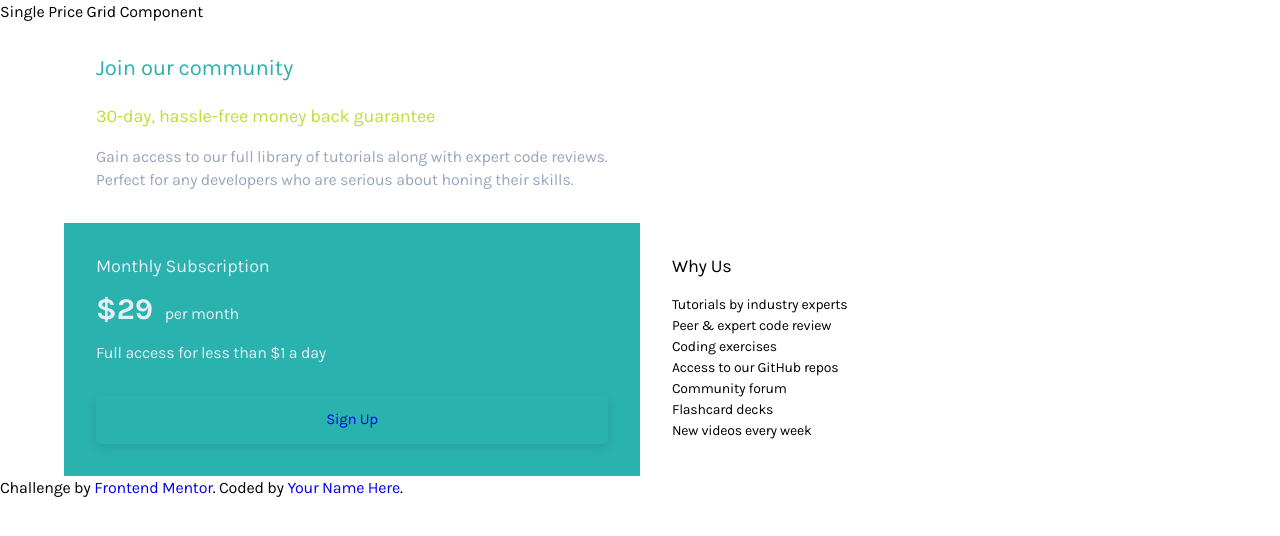
Repository: bangjuyoung/bangjuyoung
Page: practice/frontend-mentor/single-price-grid-component/index.html
An editor plug-in stored every save of this project. The page is shown before and after the next save, followed by the edit.
The browser window is 1280 px wide. The pictures show the whole page.

Above is the page before, as saved 2019-06-16 14:23:38.

### practice/frontend-mentor/single-price-grid-component/index.html
<!DOCTYPE html>
<html lang="en">

<head>
  <meta charset="UTF-8">
  <meta name="viewport" content="width=device-width, initial-scale=1.0">
  <title>Frontend Mentor | Single Price Grid Component</title>
  <link rel="icon" type="image/png" sizes="32x32" href="./images/favicon-32x32.png">
  <link rel="stylesheet" href="../../../assets/css/base.css">
  <link href="https://fonts.googleapis.com/css?family=Karla:400,700&display=swap" rel="stylesheet">
  <link rel="stylesheet" href="./default.css">
</head>

<body>
  <main role="main">
    <h1>Single Price Grid Component</h1>
    <article class="single-price__wrapper">

      <div class="single-price__primary">
        <section class="text-primary--gray single-price single-price1">
          <div class="single-price__body">
            <h2 class="text-primary single-price__title">Join our community</h2>
            <h3 class="text-secondary single-price__subtitle">30-day, hassle-free money back guarantee</h3>
            <p>Gain access to our full library of tutorials along with expert code reviews.</p>
            <p>Perfect for any developers who are serious about honing their skills.</p>
          </div>
        </section>
      </div>

      <div class="single-price__secondary">
        <section class="theme-primary single-price single-price2">
          <div class="single-price__body">
            <h3 class="single-price__subtitle">Monthly Subscription</h3>
            <div class="single-price__divider">
              <p class="single-price__text"><strong class="single-price__display1">&dollar;29</strong> per month</p>
              <p class="single-price__text">Full access for less than &dollar;1 a day</p>
            </div>
            <a href="/" class="btn btn-secondary btn-block btn--float">Sign Up</a>
          </div>
        </section>

        <section class="single-price single-price3">
          <div class="single-price__body single-price__body2">
            <h4 class="single-price__subtitle">Why Us</h4>
            <p>
              Tutorials by industry experts<span class="newline"></span>
              Peer &amp; expert code review<span class="newline"></span>
              Coding exercises<span class="newline"></span>
              Access to our GitHub repos<span class="newline"></span>
              Community forum<span class="newline"></span>
              Flashcard decks<span class="newline"></span>
              New videos every week
            </p>
          </div>
        </section>
      </div>

    </article>
  </main>


  <footer role="contentinfo">
    <p class="attribution">
      Challenge by <a href="https://www.frontendmentor.io?ref=challenge" target="_blank" rel="noopener">Frontend
        Mentor</a>.
      Coded by <a href="#">Your Name Here</a>.
    </p>
  </footer>
</body>

</html>

### assets/css/base.css
@charset "UTF-8";

/*
// Base
//
// Normalization of HTML elements, manually forked from Normalize.css to remove
// styles targeting irrelevant browsers while applying new styles.
//
// Normalize is licensed MIT. https://github.com/necolas/normalize.css
*/

/*
 * Document
 */

*,
*::before,
*::after {
  /* padding 과 border 가 요소 너비에 포함되도록 설정 */
  box-sizing: border-box;
}

html {
  /* 모든 브라우저에 기본 폰트 및 line-height 설정 */
  font-family: sans-serif;
  line-height: 1.15;
  /* window 폰의 IE 나 iOS 에서 방향 변경시 폰트 사이즈 수정되는 현상 막음 */
  -webkit-text-size-adjust: 100%;
  /* @viewport 설정시 IE11 과 Edge 에서 스크롤바가 컨텐트에 겹치므로 겹치지 않고 자동 숨김 되지 않도록 강제 */
  -ms-overflow-style: scrollbar;
  /* iOS 에서 완전히 투명으로 보이기 위해 기본 탭 하이라이트 변경 */
  -webkit-tap-highlight-color: rgba(0, 0, 0, 0);
}

/* IE10 이하 및 오래된 브라우저에서 새 HTML5 요소들 맞게 표시 */
article,
aside,
figcaption,
figure,
footer,
header,
hgroup,
main,
nav,
section {
  display: block;
}

/* 여백 초기화 */
body,
h1,
h2,
h3,
h4,
h5,
h6,
p,
ol,
ul,
dl,
blockquote,
pre,
figure,
input,
button,
select,
optgroup,
textarea,
fieldset {
  margin: 0;
}

/*
 * Body
 */

/*
  -apple-system, // Safari for OS X and iOS (San Francisco)
  BlinkMacSystemFont, // Chrome < 56 for OS X (San Francisco)
  "Segoe UI", // Windows
  "Roboto", // Android
  "Helvetica Neue", Arial, sans-serif, // Basic web fallback
  "Apple Color Emoji", "Segoe UI Emoji", "Segoe UI Symbol" !default; // Emoji fonts
 */

body {
  font-family: -apple-system, BlinkMacSystemFont, 'Segoe UI', Roboto,
    'Helvetica Neue', Arial, Noto Sans, sans-serif, 'Apple Color Emoji',
    'Segoe UI Emoji', 'Segoe UI Symbol', 'Noto Color Emoji';
  font-size: 1rem;
  font-weight: 400;
  line-height: 1.5;
  /* 명시적으로 기본값을 지정해 하위 요소들이 상속 받을 수 있게 함 */
  text-align: left;
  /* 기본 배경색 지정 */
  background-color: #fff;
}

body,
input,
textarea,
select,
button {
  font-synthesis: none;
  -moz-font-feature-settings: 'kern';
  -webkit-font-smoothing: antialiased;
  -moz-osx-font-smoothing: grayscale;
}

/*
 * Future-proof rule: in browsers that support :focus-visible,
 * focus outline 을 표시하지 않는 요소에 프로그램적으로 포커스가 갔을때 focus outline 숨김
 *
 * See https://developer.mozilla.org/en-US/docs/Web/CSS/:focus-visible
 * and https://developer.paciellogroup.com/blog/2018/03/focus-visible-and-backwards-compatibility/
 */
[tabindex='-1']:focus:not(:focus-visible) {
  outline: 0 !important;
}

/*
 * Content grouping
 *
 */

hr {
  box-sizing: content-box;
  height: 0;
  /* Edge와 ie에서 overflow 표시 */
  overflow: visible;
}

/*
 * Typography
 */

h1,
h2,
h3,
h4,
h5,
h6 {
  font-size: inherit;
  font-weight: inherit;
}

/*
 * Abbreviations
 */

abbr[title] {
  /* Chrome, Edge, IE, Opera, 그리고 Safari 에서 테스트 표시줄 스타일 정정 */
  text-decoration: underline;
  text-decoration: underline dotted;
  /* 바뀐 행위를 나타내기 위해 명시적으로 커서를 추가 */
  cursor: help;
  /* Firefox 39이하에서 나타나는 테스트 하단 테투리 제거 */
  border-bottom: 0;
  /* 텍스트 표시줄이 건너뛰지 않도록 설정 */
  text-decoration-skip-ink: none;
}

address {
  font-style: normal;
  line-height: inherit;
}

b,
strong {
  /* Chrome, Edge, 그리고 Safari 에서 올바른 글자 굵기 정정 */
  font-weight: bolder;
}

small {
  /* 모든 브라우저에서 글자 크기 정정 */
  font-size: 85%;
}

/*
 * 모든 브라우저에서 sub 과 sup 요소들이 즐 간격 영향 받지 않도록 설정
 */

sub,
sup {
  position: relative;
  font-size: 75%;
  line-height: 0;
  vertical-align: baseline;
}

sub {
  bottom: -0.25em;
}

sup {
  top: -0.5em;
}

/*
 * Links
 */

a {
  text-decoration: none;
  /* IE 10 에서 현재 열려 있는 링크에 나타나는 회색배경색을 제거 */
  background-color: transparent;
}

a:hover {
  text-decoration: underline;
}

/*
 * tablindex 없이는 명시적으로 키보드 포커스가 가능하지 않도록 href 속성이 없는 플레이스 홀더 링크/네임 앵커에 대한 스타일 재지정
 * 단순히 a[href] 로 스타일 지정이 간단할 수 있지만, 많은 다른 스타일내에서 고치기엔 복잡한 특정 이슈 유발 가능성 존재
 * See https://github.com/twbs/bootstrap/issues/19402
 */

a:not([href]):not([tabindex]) {
  color: inherit;
  text-decoration: none;
}

a:not([href]):not([tabindex]):hover,
a:not([href]):not([tabindex]):focus {
  color: inherit;
  text-decoration: none;
}

a:not([href]):not([tabindex]):focus {
  outline: 0;
}

/*
 * Code
 */

pre,
code,
kbd,
samp {
  font-family: SFMono-Regular, Menlo, Monaco, Consolas, 'Liberation Mono',
    'Courier New', monospace;
  /* 모든 브라우저에서 이상한 em 글자 크기 정정 */
  font-size: 1em;
}

pre {
  /* 바깥 영역을 깨지 않도록 내용 영역 오버플로우 설정 */
  overflow: auto;
  /* IE11 와 Edge 에서 @viewport 설정시 스크롤바가 내용을 덮는 현상에서 내용 덮지 않고 자동으로 숨겨지지 않도록 재지정  */
  -ms-overflow-style: scrollbar;
}

/*
 * Images and content
 */

img {
  vertical-align: middle;
  /* IE10 이하에서 링크 내 이미지 요소들에 테두리 제거 */
  border-style: none;
}

svg {
  /*
     * IE10/11 에서 오버플로우 되는 버그로 인해 필요
     * See https://github.com/twbs/bootstrap/issues/26878
     */
  overflow: hidden;
  vertical-align: middle;
}

/*
 * Tables
 */

table {
  /* Prevent double borders 테두리들이 맞 닿았을 때 합쳐지도록 설정 */
  border-collapse: collapse;
}

/* body 요소나 가장 가까운 부모로 부터 지정된 텍스트 정렬 요소를 상속해 td 요소 정렬과 일치 */
caption,
th {
  text-align: inherit;
}

/*
 * Forms
 */

/*
 * macOS Chrome 에서 추가되는 기본 border-radius  제거
 * Details at https://github.com/twbs/bootstrap/issues/24093
 */
button {
  border-radius: 0;
}

/* Firefox/IE 에서 button 배경색이 투명일 때 기본 button 포커스 스타일이 손실되는 버그 피함
 * Credit: https://github.com/suitcss/base/
 */
button:focus {
  outline: 1px dotted;
  outline: 5px auto -webkit-focus-ring-color;
}

input,
button,
select,
optgroup,
textarea {
  font-family: inherit;
  font-size: inherit;
  line-height: inherit;
}

button,
input {
  /* Edge 에서 overflow 보임  */
  overflow: visible;
}

button,
select {
  /* Firefox 에서 텍스트 변형 상속되는 것을 제거 */
  text-transform: none;
}

/* 1. Android 4 에서 기본 audio 와 video 컨트롤이 제거되는 WebKit 버그 제거 */
button,
[type="button"],
/* 1 */
[type="reset"],
[type="submit"] {
  /* iOS 와 Safari 에서 클릭 가능한 타입으로 스타일 정정  */
  -webkit-appearance: button;
}

/* Firefox 에서 안쪽 테두리와 여백 제거하고 Normalize 처럼 outline 을 복원하지 않음 */
button::-moz-focus-inner,
[type='button']::-moz-focus-inner,
[type='reset']::-moz-focus-inner,
[type='submit']::-moz-focus-inner {
  padding: 0;
  border-style: none;
}

/* IE 10 이하에서 box sizing 정정 추가 및 padding 제거 */
input[type='radio'],
input[type='checkbox'] {
  box-sizing: border-box;
  padding: 0;
}

input[type='date'],
input[type='time'],
input[type='datetime-local'],
input[type='month'] {
  /* Mobile Safari 에서 line-height 설정시 텍스트가 input 내 수직 중양 정렬되지 않는 버그를 피하기 위해 시간 input 기본 모양 제거
    // See https://bugs.webkit.org/show_bug.cgi?id=139848
    // and https://github.com/twbs/bootstrap/issues/11266
    */
  -webkit-appearance: listbox;
}

textarea {
  /* IE 에서 기본 수직 스크롤바 제거 */
  overflow: auto;
  /* textarea 는 수직으로만 리사이즈 되도록 설정 */
  resize: vertical;
}

fieldset {
  /*
     * fieldsets 은 min-width이 min-content 로 일반 블록 요소처럼 min-width 재지정
     * See https://github.com/twbs/bootstrap/issues/12359
     * and https://html.spec.whatwg.org/multipage/#the-fieldset-and-legend-elements
     * 페이지 레이아웃에 영향을 주지 않도록 기본 스타일 리셋
     */
  min-width: 0;
  padding: 0;
  border: 0;
}

/* 1. Edge 와 IE 에서 텍스트 래핑 정정 */
legend {
  display: block;
  width: 100%;
  /* 1 */
  max-width: 100%;
  margin-bottom: 0.5rem;
  padding: 0;
  font-size: 1.5rem;
  /* IE 에서 fieldset 요소로 부터 색상 상속하도록 정정 */
  color: inherit;
  line-height: inherit;
  /* 1 */
  white-space: normal;
}

progress {
  /* Chrome, Firefox, Opera 에서 vertical alignment 스타일 추가 */
  vertical-align: baseline;
}

[type='number']::-webkit-inner-spin-button,
[type='number']::-webkit-outer-spin-button {
  /* Chrome 에서 증감 버튼 커서 스타일 정정 */
  height: auto;
}

[type='search'] {
  /*
     * iOS 에서 검색 input 의 추가적인 둥근 코너를 오버라이드하여
     * 기본 form-control 클래스 스타일이 적절히 스타일 적용될 수 있도록 함
     * https://github.com/twbs/bootstrap/issues/11586.
     * Safari 에서 outline 스타일 정정
     */
  outline-offset: -2px;
  -webkit-appearance: none;
}

/*
 * macOS 에서 Chrome 과 Safari 에서 안쪽 여백 제거
 */

[type='search']::-webkit-search-decoration {
  -webkit-appearance: none;
}

::-webkit-file-upload-button {
  font: inherit;
  /* iOS 와 Safari 에서 클릭가능한 타입으로 정정 */
  -webkit-appearance: button;
}

/*
* 요소 디스플레이 정정
*/

output {
  display: inline-block;
}

summary {
  /* 모든 브라우저에서 적절한 디스플레이 속성 추가 */
  display: list-item;
  cursor: pointer;
}

template {
  /* IE에서 필요 */
  display: none;
}

[hidden] {
  /* hidden 속성을 가진 HTML 요소는 항상 숨김 (from PureCSS), IE 10 이하에서 필요 */
  display: none !important;
}

### practice/frontend-mentor/single-price-grid-component/default.css
@charset "UTF-8";

html {
    font-size: 15px;
}

body {
    font-family: 'Karla', sans-serif;
    letter-spacing: -0.013em;
    line-height: 1.44;
}

@media (min-width: 48rem) {
    html {
        font-size: 16px;
    }
}

.btn {
    display: inline-block;
    padding: 0.75rem 1.25rem;
    font-size: 0.9375rem;
    text-align: center;
    border: 1px solid transparent;
    border-radius: 0.25rem;
}

.btn:hover {
    text-decoration: none;
}

.btn-block {
    width: 100%;
}

.btn--float {
    box-shadow: 0 4px 8px 1px rgba(0, 0, 0, 0.08);
}

.newline {
    display: block;
}


/*
 * single-price
 */
.single-price__wrapper {
    max-width: 36rem;
    margin-left: auto;
    margin-right: auto;
}

.single-price__divider {
    margin-bottom: 2rem;
}

.single-price__text+.single-price__text {
    margin-top: 1rem;
}

.single-price__body {
    padding: 2rem;
}

@media (min-width: 74rem) {
    .single-price__wrapper {
        max-width: 72rem;
    }

    .single-price__secondary::after {
        content: '';
        display: block;
        clear: both;
    }

    .single-price__secondary .single-price {
        float: left;
        width: 50%;
    }
}

.single-price__title {
    margin-bottom: 1.5rem;
    font-size: 1.375rem;
    line-height: 1.2;
}

.single-price__subtitle {
    margin-bottom: 1rem;
    font-size: 1.125rem;
    line-height: 1.3;
}

.single-price__display1 {
    font-size: 1.875rem;
    font-weight: 700;
    letter-spacing: 0;
    line-height: 1;
}

.single-price__body2 {
    font-size: 0.875rem;
    line-height: 1.5;
}


/*
 * specific
 */

.single-price2 .single-price__display1 {
    margin-right: 0.5rem;
}

.single-price3 .newline {
    display: none;
}

@media (min-width: 74rem) {
    .single-price3 .newline {
        display: block;
    }
}


/*
 * theme
 */
.theme-primary {
    color: hsl(204, 43%, 93%);
    background-color: hsl(179, 62%, 43%);
}

.text-primary {
    color: hsl(179, 62%, 43%);
}

.text-primary--gray {
    color: hsl(218, 22%, 67%);
}

.text-secondary {
    color: hsl(71, 73%, 54%);
}

.text-gray--pale {
    color: hsl(204, 43%, 93%);
}

.text-white {
    color: #fff;
}

After the next save:
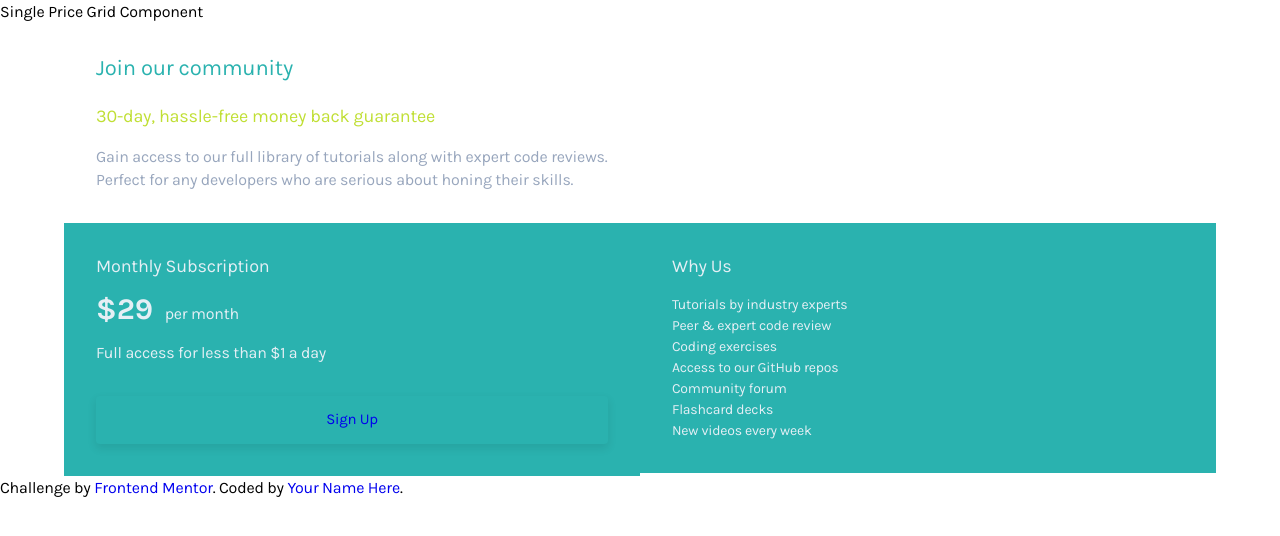
Saved 44 s later.
--- a/practice/frontend-mentor/single-price-grid-component/index.html
+++ b/practice/frontend-mentor/single-price-grid-component/index.html
@@ -39,7 +39,7 @@
           </div>
         </section>
 
-        <section class="single-price single-price3">
+        <section class="theme-primary single-price single-price3">
           <div class="single-price__body single-price__body2">
             <h4 class="single-price__subtitle">Why Us</h4>
             <p>
